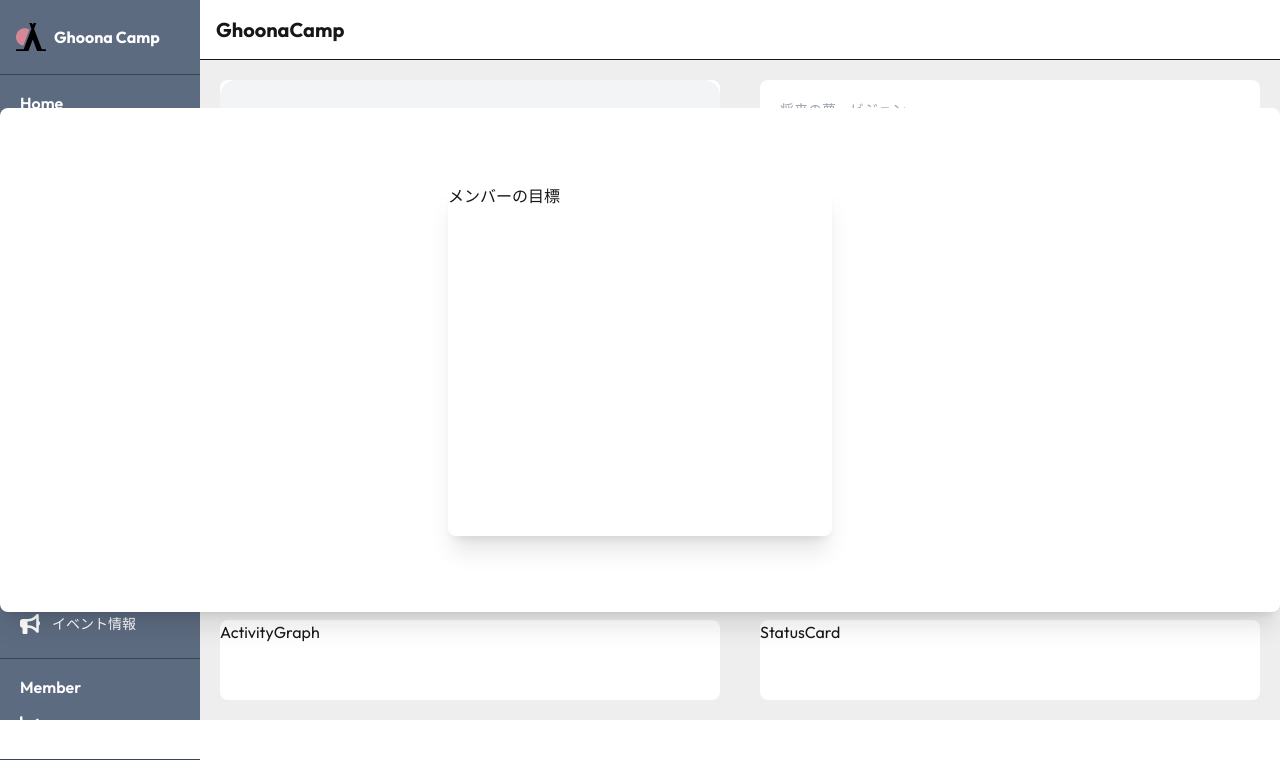
Repository: ShotaGhoona/ghoonacamp_platform
Page: /home/dashboard
The author's editor kept a copy of each file at every save. The page is drawn from the files as they stood at one save, then again after the next save.
The browser window is 1280 px wide. The pictures show the whole page.
The page's requests for data from a server got no answer. The project was rebuilt for these pictures with package versions that can differ from the ones it lists, and the page was loaded fresh each time. Some packages were replaced by stand-ins written for this rebuild. The framework's server and built-in components were replaced by stand-ins that run in the browser. No one was signed in, and anything a server would have sent is missing. Also part of the build but not shown: next.config.js.

Above is the page before, as saved 2025-04-26 09:09:58.

After the next save:
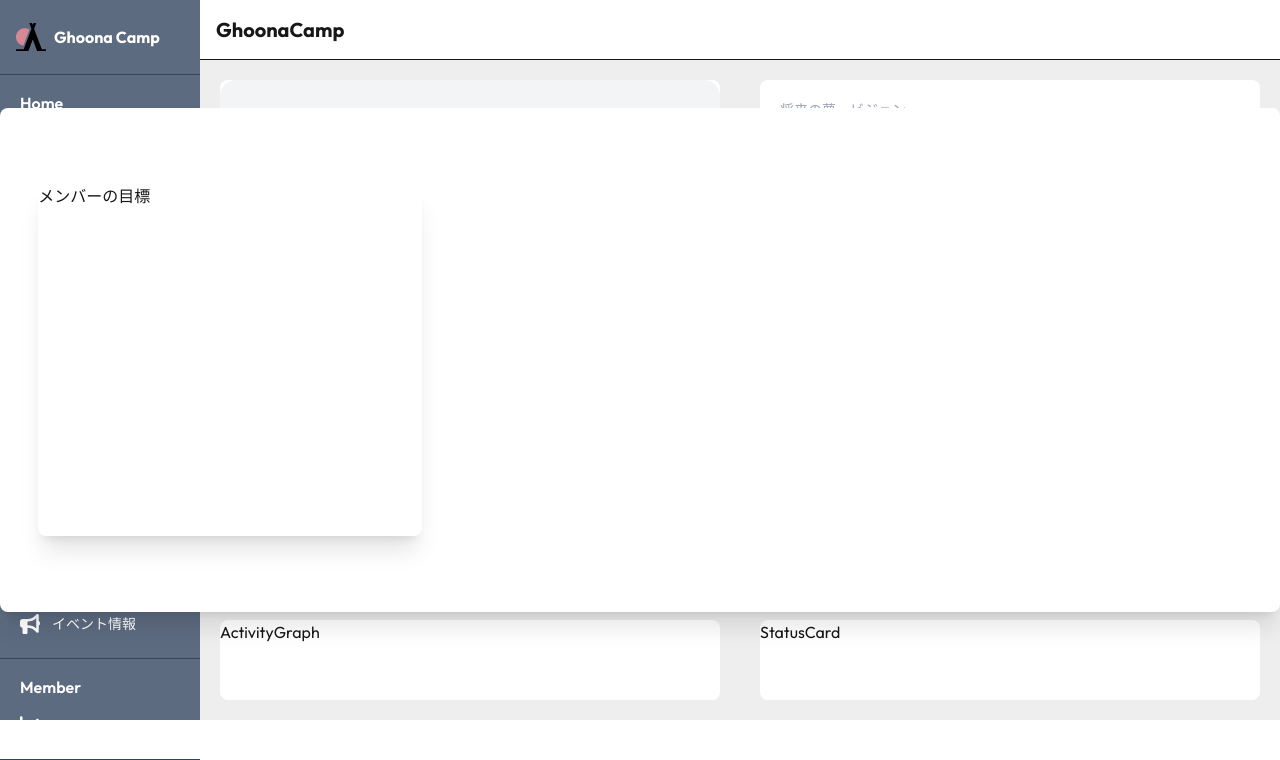
Saved 35 s later.
--- a/src/components/display/PopUp.tsx
+++ b/src/components/display/PopUp.tsx
@@ -21,7 +21,7 @@ export const PopUp = ({ isOpen, onClose, children }: PopUpProps) => {
       w-[100%] h-[70%] bg-white rounded-lg shadow-xl transition-all duration-300">
 
         <div
-            className={`fixed
+            className={`
             w-[30%] h-[70%] bg-white rounded-lg shadow-xl transition-all duration-300
             }`}
         >
